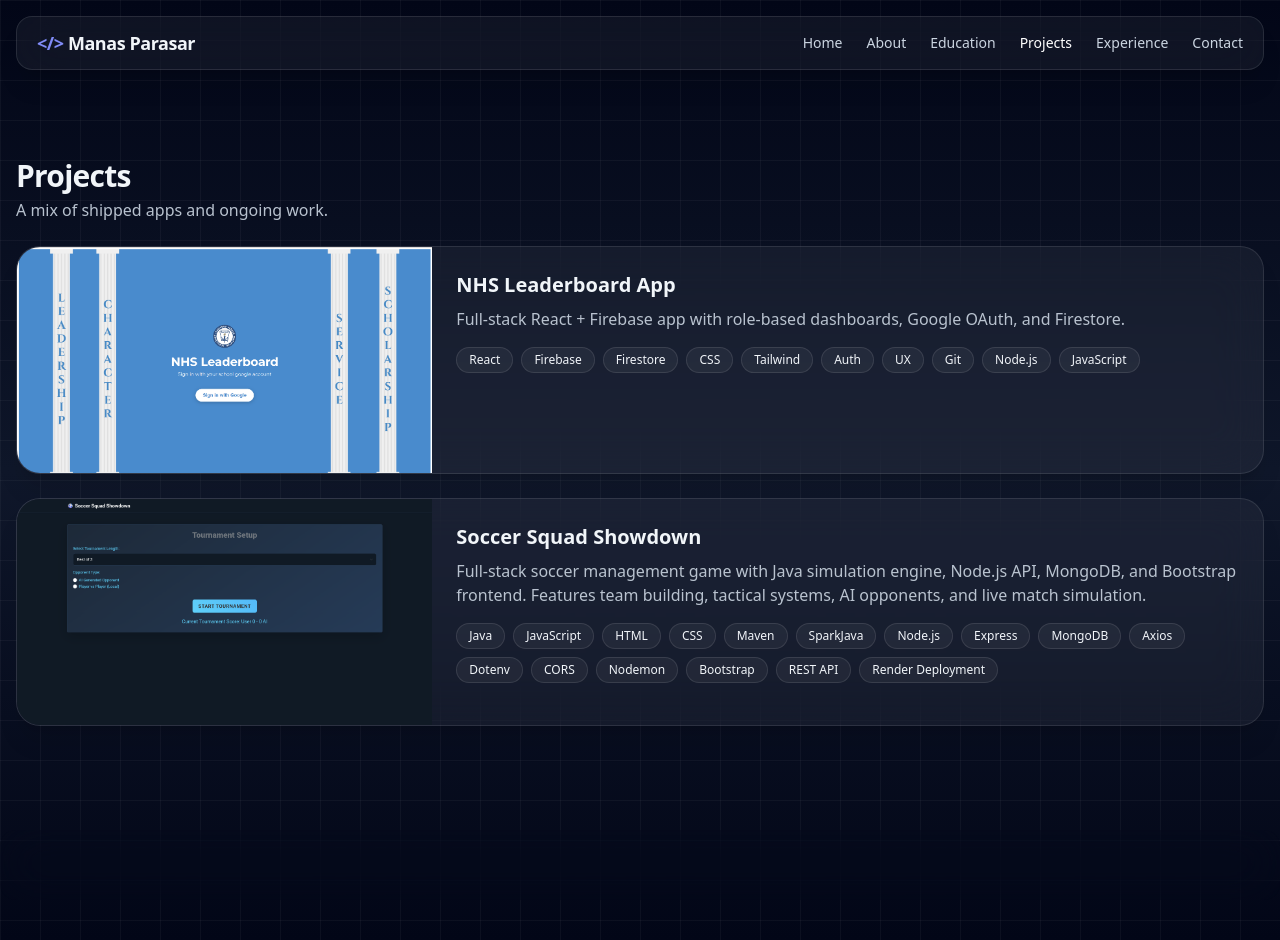
Repository: Manas-Parasar/portfolio-manas-parasar
Page: /projects
An editor plug-in stored every save of this project. The page is shown before and after the next save, followed by the edit.
The browser window is 1280 px wide. The pictures show the whole page.
The project was rebuilt for these pictures with package versions that can differ from the ones it lists, and the page was loaded fresh each time. Also part of the build but not shown: vite.config.js, src/components/Hero.jsx, src/pages/Home.jsx, src/pages/About.jsx, src/components/TimelineItem.jsx, src/pages/Experience.jsx, src/pages/Contact.jsx. Imported but missing from the stored project, and not drawn on this page: src/assets/Manas Parasar Resume.pdf.

Above is the page before, as saved 2025-10-12 22:54:19.

After the next save:
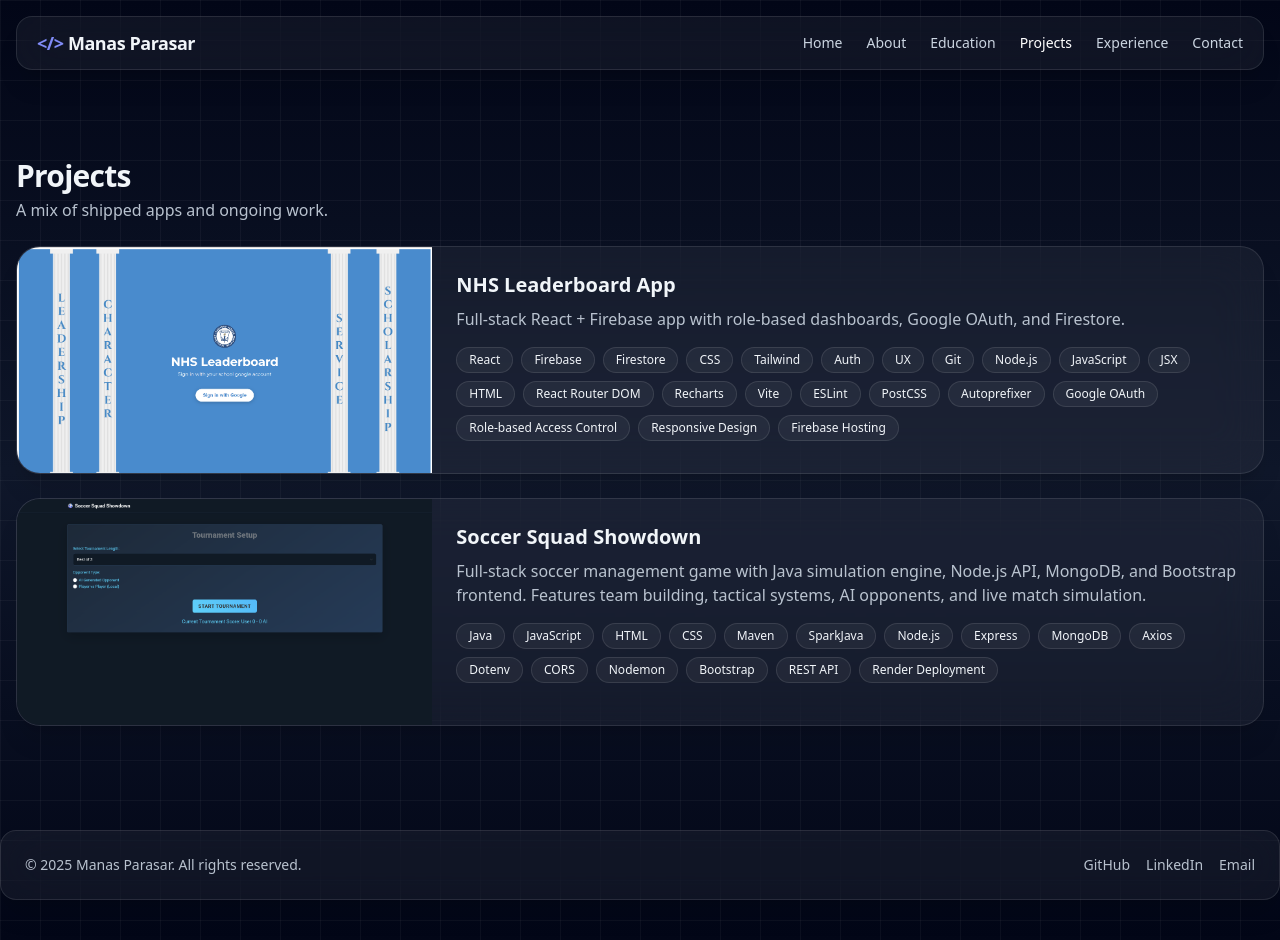
Saved 4 min 5 s later.
--- a/src/pages/Projects.jsx
+++ b/src/pages/Projects.jsx
@@ -19,6 +19,18 @@ export default function Projects() {
         "Git",
         "Node.js",
         "JavaScript",
+        "JSX",
+        "HTML",
+        "React Router DOM",
+        "Recharts",
+        "Vite",
+        "ESLint",
+        "PostCSS",
+        "Autoprefixer",
+        "Google OAuth",
+        "Role-based Access Control",
+        "Responsive Design",
+        "Firebase Hosting",
       ],
       link: "https://github.com/Manas-Parasar/NHS-Service-Hours-Leaderboard",
       img: nhsLeaderboardScreenshot,
